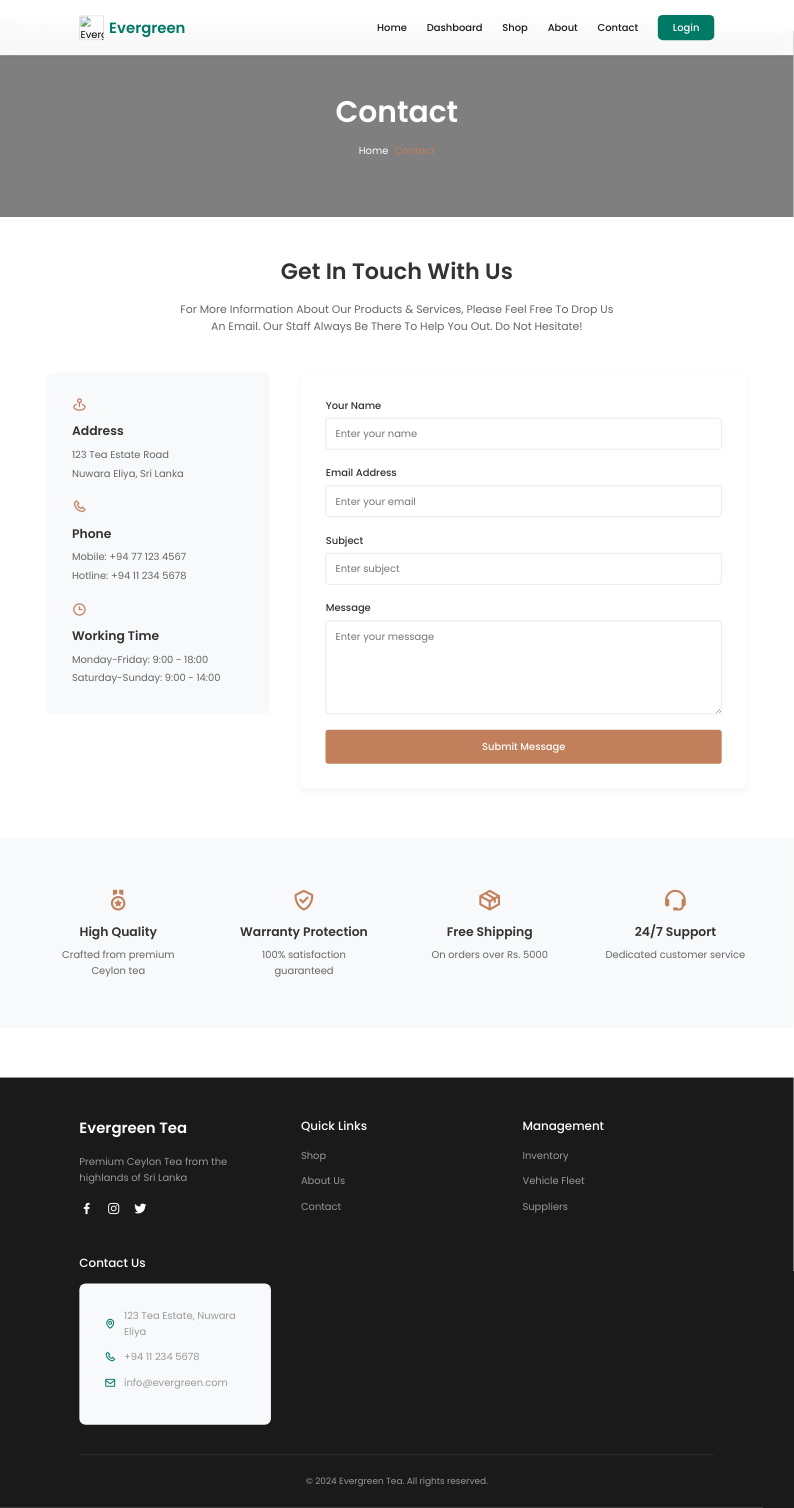
Repository: EverGreen-Group/Evergreen_Project
Page: http://localhost/Evergreen_Project/contact
The author's editor kept a copy of each file at every save. The page is drawn from the files as they stood at one save, then again after the next save.
The browser window is 1280 px wide. The pictures show the whole page, at 62% of full size.
The page is run by PHP 8.4 with error messages shown; the project is at /var/www/html/.

Above is the page before, as saved 2024-11-27 10:33:29.

### public/index.php
<?php
// Enable error reporting
ini_set('display_errors', 1);
ini_set('display_startup_errors', 1);
error_reporting(E_ALL);

// session test
//session_start(); I added one in bootloader.php

// Load the bootloader and core application files
require_once '../app/bootloader.php';

// Initialize the Core class
$init = new Core;

### app/bootloader.php
<?php
// Start session
session_start();

//load configurations
require_once 'config/config.php';

//load helpers
require_once 'helpers/url_helper.php';
require_once 'helpers/flash_helper.php';
require_once 'helpers/RoleHelper.php';
require_once 'helpers/PhotoHelper.php';

//load libraries
require_once 'libraries/Core.php';
require_once 'libraries/Controller.php';
require_once 'libraries/Database.php';

### app/config/config.php
<?php

//databasse configarations
// define('DB_HOST', '34.93.234.68');
define('DB_HOST', 'localhost');
define('DB_USER', 'root');
define('DB_PASSWORD', '');
define('DB_NAME','tfms');

// Database configurations
// define('DB_HOST', 'mysql-tfms.alwaysdata.net');
// define('DB_USER', 'tfms');
// define('DB_PASSWORD', 'tfmsgroupproject');
// define('DB_NAME','tfms_tfms');

//APPROOT
define('APPROOT',dirname(dirname(__FILE__)));

//URLROOT
define('URLROOT', 'http://localhost/Evergreen_Project');

//website
define('SITENAME', 'EverGreen');

// Add this with your other constants
define('UPLOADROOT', dirname(dirname(__DIR__)) . '/public/uploads');

// URL for web access
define('UPLOADURL', URLROOT . '/uploads');  // For web URLs

// Server filesystem paths
define('PUBLICPATH', dirname(APPROOT) . '/public');
define('UPLOADPATH', PUBLICPATH . '/uploads');  // For file operations

// Add this with your other configurations
date_default_timezone_set('Asia/Colombo');

// Add Stripe configuration
define('STRIPE_PUBLIC_KEY', 'pk_test_51PtvxYB06Hyjgz1TVSQNz1EwGC9MKH9UypKICcwp7zhqMO1Bw0Rtn8MMWUvtVCQcGzvjhwa4oM8biZRinioTwbtI00hKWmT0Ai');
define('STRIPE_SECRET_KEY', 'sk_test_51PtvxYB06Hyjgz1TLkJ3b97f9jQ3iGjhmNqR1YJNR8GSCBFT2BNozxAtr1chzAUnlO7Mrxbp1z9epTulM1eM1twg00wqE6Nhdu');

?>

### app/helpers/url_helper.php
<?php
// Helper functions for URL manipulation

// Redirect to a specific page
function redirect($page) {
    header('Location: ' . URLROOT . '/' . $page);
    exit();
}

function storePreviousUrl() {
    if (!isset($_SESSION['previous_url'])) {
        $_SESSION['previous_url'] = $_SERVER['REQUEST_URI'];
    }
}

function getPreviousUrl() {
    $previous = $_SESSION['previous_url'] ?? URLROOT;
    unset($_SESSION['previous_url']); // Clear it after use
    return $previous;
}

### app/helpers/flash_helper.php
<?php

function flash($name = '') {
    if (isset($_SESSION['flash_messages'][$name])) {
        $flash = $_SESSION['flash_messages'][$name];
        echo '<div class="' . $flash['class'] . '" id="msg-flash">' . $flash['message'] . '</div>';
        unset($_SESSION['flash_messages'][$name]);
    }
}

?>

### app/libraries/Controller.php
<?php
class Controller {

    // Method to load and instantiate a model
    public function model($model) {
        require_once '../app/models/' . $model . '.php';

        // Instantiate the model and return it
        return new $model();
    }

    // Method to load and render a view
    public function view($view, $data = []) {
        if (file_exists('../app/views/' . $view . '.php')) {
            // Make data array elements available as variables in the view
            extract($data);

            // Include the view file
            require_once '../app/views/' . $view . '.php';
        } else {
            die('The view does not exist.');
        }
    }

    protected function isLoggedIn() {
        return isset($_SESSION['user_id']);
    }

    protected function requireLogin() {
        if (!$this->isLoggedIn()) {
            header('Location: ' . URLROOT . '/auth/login');
            exit();
        }
    }

    protected function preventLoginAccess() {
        if ($this->isLoggedIn()) {
            header('Location: ' . URLROOT . '/');
            exit();
        }
    }
}

### app/models/M_Contact.php
<?php
class M_Contact {
    private $db;

    public function __construct() {
        $this->db = new Database;
    }

    // Save contact message to database
    public function saveMessage($data) {
        // Prepare query
        $this->db->query('INSERT INTO contact_messages (name, email, subject, message) VALUES (:name, :email, :subject, :message)');

        // Bind values
        $this->db->bind(':name', $data['name']);
        $this->db->bind(':email', $data['email']);
        $this->db->bind(':subject', $data['subject']);
        $this->db->bind(':message', $data['message']);

        // Execute
        if ($this->db->execute()) {
            return true;
        } else {
            return false;
        }
    }

    // Get all messages (for admin)
    public function getAllMessages() {
        $this->db->query('SELECT * FROM contact_messages ORDER BY created_at DESC');
        return $this->db->resultSet();
    }

    // Get single message by ID (for admin)
    public function getMessageById($id) {
        $this->db->query('SELECT * FROM contact_messages WHERE id = :id');
        $this->db->bind(':id', $id);
        return $this->db->single();
    }

    // Mark message as read (for admin)
    public function markAsRead($id) {
        $this->db->query('UPDATE contact_messages SET is_read = 1 WHERE id = :id');
        $this->db->bind(':id', $id);
        return $this->db->execute();
    }
}

### public/css/landing.css
/* Base Styles */
:root {
    --main: #007965;
    --light: #ffffff;
    --dark: #1a1a1a;
    --grey: #f5f5f5;
    --dark-grey: #666666;
}

* {
    margin: 0;
    padding: 0;
    box-sizing: border-box;
    font-family: 'Poppins', sans-serif;
}

/* Landing Header/Navigation Styles */
.landing-nav {
    position: fixed;
    top: 0;
    left: 0;
    right: 0;
    padding: 1.5rem 10%;
    display: flex;
    justify-content: space-between;
    align-items: center;
    background: rgba(255, 255, 255, 0.95);
    backdrop-filter: blur(10px);
    z-index: 1000;
    box-shadow: 0 2px 10px rgba(0, 0, 0, 0.1);
}

.landing-nav .logo {
    display: flex;
    align-items: center;
    gap: 0.5rem;
}

.landing-nav .logo img {
    height: 40px;
}

.landing-nav .logo span {
    font-size: 1.5rem;
    font-weight: 600;
    color: var(--dark);
}

.nav-links {
    display: flex;
    gap: 2rem;
    align-items: center;
}

.nav-links a {
    text-decoration: none;
    color: var(--dark);
    font-weight: 500;
    transition: color 0.3s ease;
}

.nav-links a:hover {
    color: var(--main);
}

.nav-links .btn-login {
    padding: 0.5rem 1.5rem;
    background: var(--main);
    color: var(--light);
    border-radius: 8px;
    transition: background 0.3s ease;
}

.nav-links .btn-login:hover {
    background: #006254;
    color: var(--light);
}

/* Hero Section */
.hero {
    height: 100vh;
    background: linear-gradient(rgba(0,0,0,0.5), rgba(0,0,0,0.5)),
                url('../img/hero-bg.jpg');
    background-size: cover;
    background-position: center;
    display: flex;
    align-items: center;
    padding: 0 10%;
    color: var(--light);
}

.hero-content {
    max-width: 600px;
}

.hero-content h1 {
    font-size: 3.5rem;
    margin-bottom: 1.5rem;
}

.btn-shop-now {
    margin-top: 1rem;
    display: inline-block;
    padding: 1rem 2rem;
    background: var(--main);
    color: var(--light);
    border-radius: 8px;
    font-weight: 500;
    transition: all 0.3s ease;
}

/* Section Header Styles */
.section-header {
    text-align: center;
    margin-bottom: 3rem;
}

.section-header h2 {
    font-size: 2.5rem;
    color: var(--dark);
    margin-bottom: 1rem;
    font-weight: 600;
}

.section-header p {
    color: var(--dark-grey);
    font-size: 1.1rem;
}

/* Categories Section */
.categories {
    padding: 6rem 10%;
    background: var(--light);
}

.category-grid {
    display: grid;
    grid-template-columns: repeat(auto-fit, minmax(300px, 1fr));
    gap: 2rem;
}

.category-card {
    position: relative;
    border-radius: 15px;
    overflow: hidden;
    box-shadow: 0 4px 15px rgba(0, 0, 0, 0.1);
    text-decoration: none;
    transition: all 0.3s ease;
}

.category-card:hover {
    transform: translateY(-5px);
}

.category-image {
    height: 300px;
    overflow: hidden;
}

.category-image img {
    width: 100%;
    height: 100%;
    object-fit: cover;
    transition: transform 0.3s ease;
}

.category-card:hover .category-image img {
    transform: scale(1.1);
}

.category-content {
    position: absolute;
    bottom: 0;
    left: 0;
    right: 0;
    padding: 1.5rem;
    background: linear-gradient(transparent, rgba(0, 0, 0, 0.8));
    color: var(--light);
}

.category-content h3 {
    font-size: 1.5rem;
    margin-bottom: 0.5rem;
    font-weight: 600;
}

.category-content p {
    font-size: 0.9rem;
    opacity: 0.9;
    margin-bottom: 1rem;
}

.explore-link {
    display: flex;
    align-items: center;
    gap: 0.5rem;
    font-weight: 500;
    opacity: 0;
    transform: translateX(-20px);
    transition: all 0.3s ease;
}

.category-card:hover .explore-link {
    opacity: 1;
    transform: translateX(0);
}

/* Featured Products Section */
.featured-products {
    padding: 6rem 10%;
    background: var(--grey);
}

.product-grid {
    display: grid;
    grid-template-columns: repeat(auto-fit, minmax(250px, 1fr));
    gap: 2rem;
    margin-bottom: 3rem;
}

.product-card {
    background: var(--light);
    border-radius: 15px;
    overflow: hidden;
    box-shadow: 0 4px 15px rgba(0, 0, 0, 0.1);
    transition: all 0.3s ease;
}

.product-card:hover {
    transform: translateY(-5px);
}

.product-image {
    position: relative;
    height: 250px;
    overflow: hidden;
}

.product-image img {
    width: 100%;
    height: 100%;
    object-fit: cover;
}

.product-overlay {
    position: absolute;
    top: 0;
    left: 0;
    right: 0;
    bottom: 0;
    background: rgba(0, 0, 0, 0.5);
    display: flex;
    align-items: center;
    justify-content: center;
    opacity: 0;
    transition: opacity 0.3s ease;
}

.product-card:hover .product-overlay {
    opacity: 1;
}

.btn-view {
    padding: 0.8rem 1.5rem;
    background: var(--main);
    color: var(--light);
    border-radius: 25px;
    text-decoration: none;
    transform: translateY(20px);
    transition: all 0.3s ease;
}

.product-card:hover .btn-view {
    transform: translateY(0);
}

.product-content {
    padding: 1.5rem;
}

.product-content h3 {
    font-size: 1.1rem;
    color: var(--dark);
    margin-bottom: 0.5rem;
    font-weight: 500;
}

.product-weight {
    color: var(--dark-grey);
    font-size: 0.9rem;
    margin-bottom: 0.5rem;
}

.product-price {
    color: var(--main);
    font-weight: 600;
    font-size: 1.2rem;
}

.section-footer {
    text-align: center;
}

.btn-view-more {
    display: inline-flex;
    align-items: center;
    gap: 0.5rem;
    padding: 1rem 2rem;
    background: var(--main);
    color: var(--light);
    text-decoration: none;
    border-radius: 30px;
    font-weight: 500;
    transition: all 0.3s ease;
}

.btn-view-more:hover {
    background: #006254;
    transform: translateX(5px);
}

/* Management Section */
.management-section {
    padding: 5rem 10%;
    background: var(--grey);
}

.management-grid {
    display: grid;
    grid-template-columns: repeat(auto-fit, minmax(250px, 1fr));
    gap: 2rem;
    margin-top: 2rem;
}

.management-card {
    background: var(--light);
    padding: 2rem;
    border-radius: 15px;
    text-align: center;
    transition: all 0.3s ease;
    text-decoration: none;
    color: var(--dark);
}

.management-card:hover {
    transform: translateY(-5px);
    box-shadow: 0 5px 15px rgba(0,0,0,0.1);
}

.management-card i {
    font-size: 2.5rem;
    color: var(--main);
    margin-bottom: 1rem;
}

/* Factory Story/Heritage Section */
.factory-story {
    position: relative;
    padding: 6rem 10%;
    background: linear-gradient(rgba(0, 0, 0, 0.7), rgba(0, 0, 0, 0.7)),
                url('../img/tea-plantation.jpg');
    background-size: cover;
    background-position: center;
    background-attachment: fixed;
    color: var(--light);
    text-align: center;
}

.story-content {
    max-width: 800px;
    margin: 0 auto;
    padding: 3rem;
    background: rgba(0, 0, 0, 0.5);
    border-radius: 15px;
    backdrop-filter: blur(10px);
    border: 1px solid rgba(255, 255, 255, 0.1);
}

.story-content h2 {
    font-size: 2.5rem;
    margin-bottom: 1.5rem;
    color: var(--light);
    font-weight: 600;
    position: relative;
    padding-bottom: 1rem;
}

.story-content h2::after {
    content: '';
    position: absolute;
    bottom: 0;
    left: 50%;
    transform: translateX(-50%);
    width: 80px;
    height: 3px;
    background: var(--main);
}

.story-content p {
    font-size: 1.1rem;
    line-height: 1.8;
    margin-bottom: 2rem;
    color: #f1f1f1;
}

.btn-learn-more {
    display: inline-block;
    padding: 1rem 2.5rem;
    background: transparent;
    color: var(--light);
    border: 2px solid var(--light);
    border-radius: 30px;
    font-weight: 500;
    text-decoration: none;
    transition: all 0.3s ease;
    position: relative;
    overflow: hidden;
    z-index: 1;
}

.btn-learn-more::before {
    content: '';
    position: absolute;
    top: 0;
    left: 0;
    width: 0;
    height: 100%;
    background: var(--main);
    transition: all 0.3s ease;
    z-index: -1;
}

.btn-learn-more:hover::before {
    width: 100%;
}

.btn-learn-more:hover {
    border-color: var(--main);
    transform: translateY(-3px);
}

/* Add some decorative elements */
.tea-leaf-decoration {
    position: absolute;
    width: 150px;
    opacity: 0.1;
}

.tea-leaf-left {
    left: 5%;
    top: 20%;
    transform: rotate(-30deg);
}

.tea-leaf-right {
    right: 5%;
    bottom: 20%;
    transform: rotate(30deg);
}

/* Landing Footer Styles */
.landing-footer {
    background: var(--dark);
    color: var(--light);
    padding: 4rem 10% 2rem;
}

.footer-content {
    display: grid;
    grid-template-columns: repeat(auto-fit, minmax(250px, 1fr));
    gap: 3rem;
    margin-bottom: 3rem;
}

.footer-section h3 {
    font-size: 1.5rem;
    font-weight: 600;
    margin-bottom: 1.5rem;
    color: var(--light);
}

.footer-section h4 {
    font-size: 1.2rem;
    font-weight: 500;
    margin-bottom: 1.2rem;
    color: var(--light);
}

.footer-section p {
    color: #999;
    line-height: 1.6;
    margin-bottom: 1.5rem;
}

.social-links {
    display: flex;
    gap: 1.2rem;
}

.social-links a {
    color: var(--light);
    font-size: 1.5rem;
    transition: all 0.3s ease;
}

.social-links a:hover {
    color: var(--main);
    transform: translateY(-3px);
}

.footer-section ul {
    list-style: none;
}

.footer-section ul li {
    margin-bottom: 1rem;
}

.footer-section ul li a {
    color: #999;
    text-decoration: none;
    transition: all 0.3s ease;
    display: inline-block;
}

.footer-section ul li a:hover {
    color: var(--main);
    transform: translateX(5px);
}

.contact-info li {
    display: flex;
    align-items: center;
    gap: 0.8rem;
    color: #999;
    margin-bottom: 1rem;
}

.contact-info li i {
    color: var(--main);
    font-size: 1.2rem;
}

.footer-bottom {
    padding-top: 2rem;
    border-top: 1px solid #333;
    text-align: center;
    color: #999;
    font-size: 0.9rem;
}

/* Mobile Menu Button */
.mobile-menu-btn {
    display: none;
    font-size: 1.5rem;
    cursor: pointer;
    color: var(--dark);
}

/* Responsive Design */
@media screen and (max-width: 768px) {
    .hero-content h1 {
        font-size: 2.5rem;
    }

    .category-grid,
    .management-grid {
        grid-template-columns: 1fr;
    }

    .landing-nav {
        padding: 1rem 5%;
    }

    .mobile-menu-btn {
        display: block;
    }

    .nav-links {
        position: fixed;
        top: 70px;
        left: -100%;
        right: 0;
        bottom: 0;
        background: var(--light);
        flex-direction: column;
        padding: 2rem;
        transition: left 0.3s ease;
        width: 100%;
    }

    .nav-links.active {
        left: 0;
    }

    .footer-content {
        grid-template-columns: 1fr;
        gap: 2rem;
        text-align: center;
    }

    .social-links {
        justify-content: center;
    }

    .contact-info li {
        justify-content: center;
    }

    .footer-section ul li a:hover {
        transform: none;
    }

    .factory-story {
        padding: 4rem 5%;
    }

    .story-content {
        padding: 2rem 1.5rem;
    }

    .story-content h2 {
        font-size: 2rem;
    }

    .story-content p {
        font-size: 1rem;
        line-height: 1.6;
    }

    .tea-leaf-decoration {
        width: 100px;
    }

    .categories,
    .featured-products {
        padding: 4rem 5%;
    }

    .category-grid {
        grid-template-columns: 1fr;
    }

    .product-grid {
        grid-template-columns: repeat(auto-fit, minmax(200px, 1fr));
    }
}

/* Animation Classes */
.fade-in {
    animation: fadeIn 0.5s ease forwards;
}

@keyframes fadeIn {
    from {
        opacity: 0;
        transform: translateY(20px);
    }
    to {
        opacity: 1;
        transform: translateY(0);
    }
}

/* Utility Classes */
.text-main {
    color: var(--main);
}

.bg-main {
    background: var(--main);
}

.container {
    width: 100%;
    max-width: 1200px;
    margin: 0 auto;
    padding: 0 1rem;
}

/* Animation for the section */
.story-content {
    opacity: 0;
    transform: translateY(30px);
    animation: fadeInUp 1s ease forwards;
}

@keyframes fadeInUp {
    to {
        opacity: 1;
        transform: translateY(0);
    }
}

/* Contact Page Styles */
.contact-page {
    padding-bottom: 80px;
    background-color: #fff;
}

.page-header {
    position: relative;
    height: 300px;
    background-size: cover;
    background-position: center;
    display: flex;
    align-items: center;
    justify-content: center;
    color: #fff;
    text-align: center;
    margin-bottom: 60px;
}

.page-header::before {
    content: '';
    position: absolute;
    top: 0;
    left: 0;
    right: 0;
    bottom: 0;
    background: rgba(0, 0, 0, 0.5);
}

.header-content {
    position: relative;
    z-index: 1;
}

.header-content h1 {
    font-size: 48px;
    margin-bottom: 15px;
    font-weight: 600;
}

.breadcrumb {
    display: flex;
    justify-content: center;
    gap: 10px;
    font-size: 16px;
}

.breadcrumb a {
    color: #fff;
    text-decoration: none;
    transition: color 0.3s ease;
}

.breadcrumb a:hover {
    color: #C17F5B;
}

.breadcrumb span {
    color: #C17F5B;
}

.contact-section {
    padding: 0 20px;
    max-width: 1200px;
    margin: 0 auto;
}

.section-header {
    text-align: center;
    max-width: 700px;
    margin: 0 auto 60px;
}

.section-header h2 {
    font-size: 36px;
    color: #333;
    margin-bottom: 20px;
    font-weight: 600;
}

.section-header p {
    color: #666;
    line-height: 1.6;
}

.contact-wrapper {
    display: grid;
    grid-template-columns: 1fr 2fr;
    gap: 50px;
    margin-bottom: 80px;
}

.contact-info {
    background: #f8f9fa;
    padding: 40px;
    border-radius: 10px;
    height: fit-content;
}

.info-item {
    margin-bottom: 30px;
}

.info-item:last-child {
    margin-bottom: 0;
}

.info-item i {
    font-size: 24px;
    color: #C17F5B;
    margin-bottom: 15px;
}

.info-item h3 {
    margin-bottom: 10px;
    font-size: 20px;
    color: #333;
    font-weight: 600;
}

.info-item p {
    color: #666;
    line-height: 1.6;
    margin: 5px 0;
}

.contact-form {
    background: #fff;
    padding: 40px;
    border-radius: 10px;
    box-shadow: 0 5px 15px rgba(0, 0, 0, 0.05);
}

.form-group {
    margin-bottom: 25px;
}

.form-group label {
    display: block;
    margin-bottom: 8px;
    font-weight: 500;
    color: #333;
}

.form-group input,
.form-group textarea {
    width: 100%;
    padding: 12px 15px;
    border: 1px solid #ddd;
    border-radius: 5px;
    font-size: 16px;
    transition: border-color 0.3s ease;
}

.form-group input:focus,
.form-group textarea:focus {
    border-color: #C17F5B;
    outline: none;
}

.form-group textarea {
    resize: vertical;
    min-height: 120px;
}

.invalid-feedback {
    color: #dc3545;
    font-size: 14px;
    margin-top: 5px;
    display: block;
}

.btn-submit {
    background: #C17F5B;
    color: #fff;
    padding: 15px 30px;
    border: none;
    border-radius: 5px;
    font-size: 16px;
    cursor: pointer;
    transition: background 0.3s ease;
    width: 100%;
    font-weight: 500;
}

.btn-submit:hover {
    background: #A66B4A;
}

.features-section {
    background: #f8f9fa;
    padding: 60px 20px;
}

.features-grid {
    display: grid;
    grid-template-columns: repeat(4, 1fr);
    gap: 30px;
    max-width: 1200px;
    margin: 0 auto;
}

.feature-item {
    text-align: center;
    padding: 20px;
}

.feature-item i {
    font-size: 40px;
    color: #C17F5B;
    margin-bottom: 15px;
}

.feature-item h3 {
    font-size: 20px;
    color: #333;
    margin-bottom: 10px;
    font-weight: 600;
}

.feature-item p {
    color: #666;
    line-height: 1.6;
}

/* Flash Messages */
.alert {
    padding: 15px;
    margin-bottom: 20px;
    border-radius: 5px;
    text-align: center;
}

.alert-success {
    background-color: #d4edda;
    color: #155724;
    border: 1px solid #c3e6cb;
}

.alert-danger {
    background-color: #f8d7da;
    color: #721c24;
    border: 1px solid #f5c6cb;
}

/* Responsive Design */
@media (max-width: 992px) {
    .contact-wrapper {
        grid-template-columns: 1fr;
    }

    .features-grid {
        grid-template-columns: repeat(2, 1fr);
    }
}

@media (max-width: 768px) {
    .page-header {
        height: 200px;
    }

    .header-content h1 {
        font-size: 36px;
    }

    .section-header h2 {
        font-size: 28px;
    }

    .contact-info,
    .contact-form {
        padding: 30px;
    }

    .features-grid {
        grid-template-columns: 1fr;
        gap: 20px;
    }
}

@media (max-width: 480px) {
    .header-content h1 {
        font-size: 28px;
    }

    .contact-info,
    .contact-form {
        padding: 20px;
    }
}

Loaded but not shown: app/libraries/Database.php (198 lines, source omitted); app/views/contact/index.php (111 lines, source omitted); app/helpers/RoleHelper.php (117 lines, source omitted); app/views/pages/404.php (116 lines, source omitted); app/libraries/Core.php (77 lines, source omitted); app/helpers/PhotoHelper.php (65 lines, source omitted); app/controllers/Contact.php (64 lines, source omitted); app/views/inc/landing_header.php (40 lines, source omitted); app/views/inc/landing_footer.php (47 lines, source omitted)

After the next save:
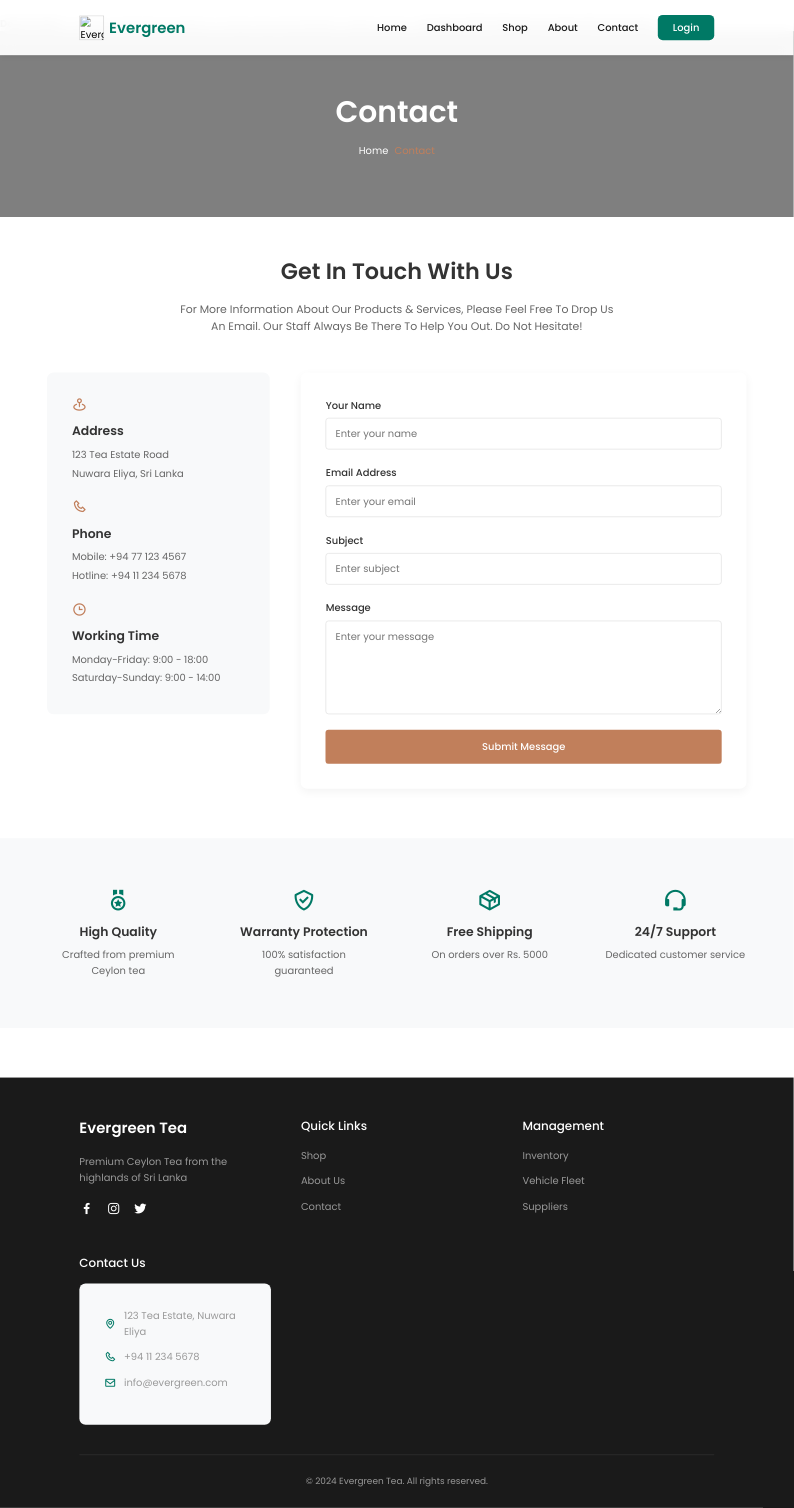
Saved 3 min 6 s later.
--- a/public/css/landing.css
+++ b/public/css/landing.css
@@ -878,7 +878,7 @@
 }
 
 .btn-submit:hover {
-    background: #A66B4A;
+    background: (var(--main));
 }
 
 .features-section {
@@ -901,7 +901,7 @@
 
 .feature-item i {
     font-size: 40px;
-    color: #C17F5B;
+    color: var(--main);
     margin-bottom: 15px;
 }
 
